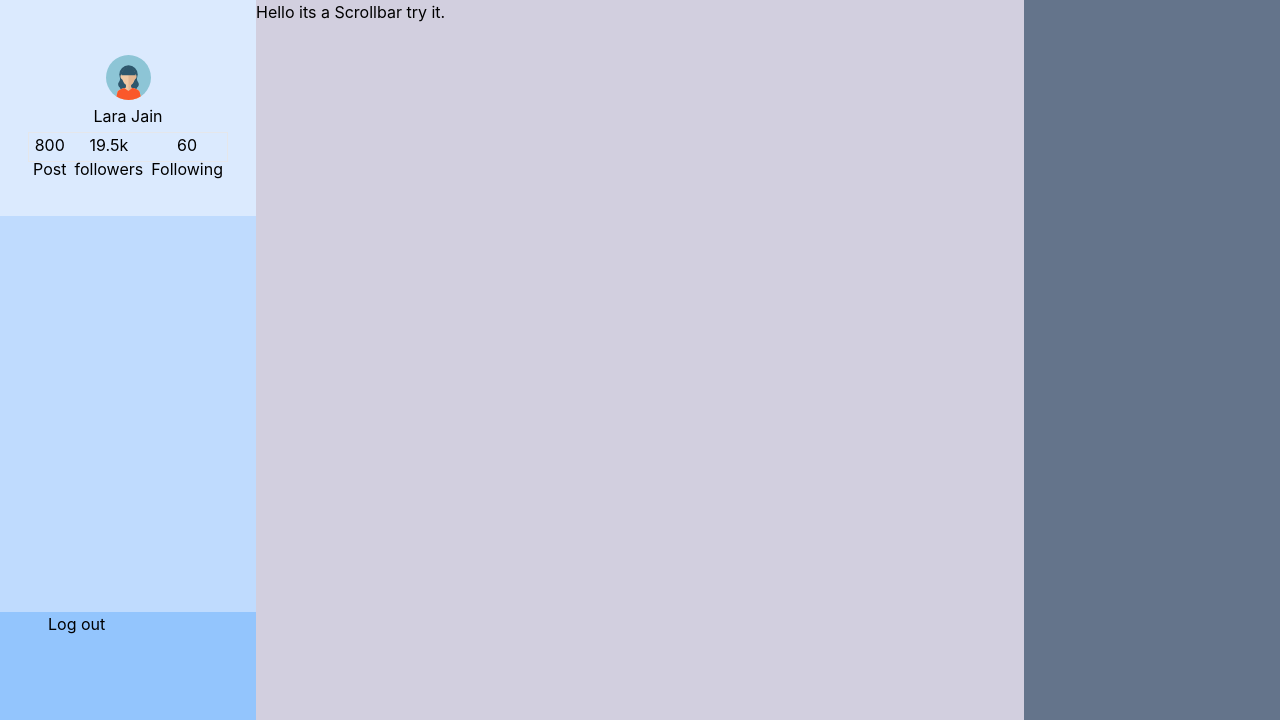
Repository: cosmicswati/upgrad-captions-project
Page: /
These files come from the project's save history. The page is drawn as it stood at one moment and after the next save; the edit follows.
The browser window is 1280 px wide. The pictures show the whole page.
An inner scrolling area shows only its first screen. The project was rebuilt for these pictures with package versions that can differ from the ones it lists, and the page was loaded fresh each time. Also part of the build but not shown: src/components/Input/index.js, src/components/Button/index.js, src/modules/Authorization/Form.jsx, src/modules/Authorization/index.js.

Above is the page before, as saved 2024-04-09 14:04:54.

After the next save:
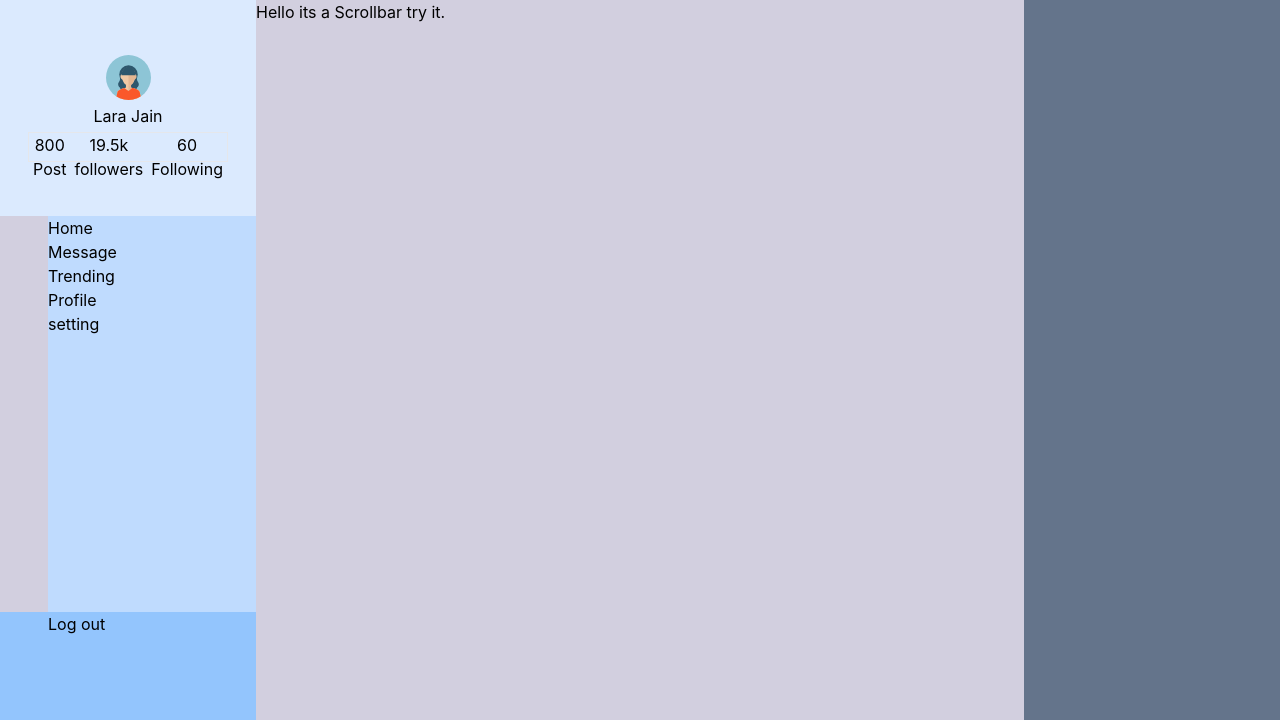
Saved 5 min 14 s later.
--- a/src/modules/Home/index.js
+++ b/src/modules/Home/index.js
@@ -25,9 +25,15 @@ const Home = () => {
                     </div>
                 </div>
             </div>
-            <div className='h-[55%] bg-blue-200'></div>
+            <div className='h-[55%] bg-blue-200  flex-col justify-center ml-12'>
+                    <div>Home</div>
+                    <div>Message</div>
+                    <div>Trending</div>
+                    <div>Profile</div>
+                    <div>setting</div>
+            </div>
             <div className='h-[15%] bg-blue-300'>
-                <div className='ml-12'>Log out</div>
+                <div className='ml-12 cursor-pointer'>Log out</div>
             </div>
         </div>
         <div className='w-[60%] overflow-scroll h-full scrollbar-hide'>
